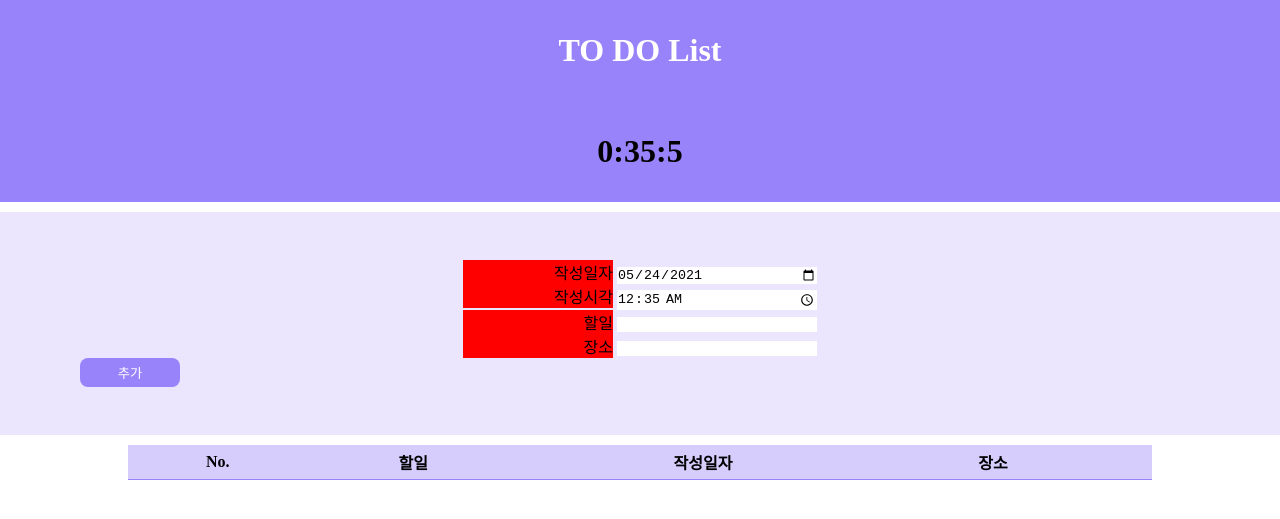
Repository: soyeon-noh/TodoList_Project
Page: http://localhost/Server_PR_TodoList/
These files come from the project's save history. The page is drawn as it stood at one moment and after the next save; the edit follows.
The browser window is 1280 px wide. The pictures show the whole page.
The page is served by Tomcat 9. Other server files are loaded and not shown. Queries for data that is not in the repository find no rows.

Above is the page before, as saved 2021-05-25 04:23:21.

### Server_PR_TodoList/src/main/webapp/WEB-INF/views/home.jsp
<%@ page language="java" contentType="text/html; charset=UTF-8"
    pageEncoding="UTF-8"%>
<%@ taglib uri="http://java.sun.com/jsp/jstl/core"
			prefix="c"%>
<c:set value="${pageContext.request.contextPath}"
		var="rootPath"/>
<!DOCTYPE html>
<html>
<head>
<meta charset="UTF-8">
<title>TODOList 메인화면</title>
<link href="${rootPath}/static/css/home.css?ver3" rel="stylesheet"/>

<style>

</style>


</head>
  <body>
  	<%@ include file="/WEB-INF/views/include_nav.jsp" %>
    <form class ="v1" method="POST">
    	<div>
    		<label for="date">작성일자</label>
    		<input name="td_date"
    				type="date" value="${TD.td_date}">
    	</div>

    	<div>
    		<label for="time">작성시각</label>
    		<input name="td_time"
    				type="time" value="${TD.td_time}">
    	</div>

    	<div>
    		<label for="todo">할일</label>
    		<input name="td_todo"
    				type="text" value="${TD.td_todo}">
    	</div>

    	<div>
    		<label for="place">장소</label>
    		<input name="td_place"
    				type="text" value="${TD.td_place}">
    	</div>
   		<button class="btn_insert">추가</button>
    </form>

    <table id="tdlist">
      <tr>
        <th>No.</th>
        <th>할일</th>
        <th>작성일자</th>
        <th>장소</th>
        <th></th>
      </tr>
      <c:forEach items="${TDLIST}" var="TD" varStatus="i">
        <tr>
          <td>${i.count}</td>
          <td>${TD.td_todo}</td>
          <td>${TD.td_date}</td>
          <td>${TD.td_place}</td>
          <td><button class="btn_update" data-seq="${TD.td_seq}" type="button">
          		수정</button>
          		<button class="btn_delete" data-seq="${TD.td_seq}" type="button">
          		삭제</button></td>
        </tr>
      </c:forEach>
    </table>
  </body>

  <script>
  // html 코드가 다 화면에 뜨고 나서 실행하라는 명렁
  // 아래 한 줄의 코드가 있어야 어디든디 script를 넣을 수 있다.
	document.addEventListener("DOMContentLoaded",function(){
		document.querySelector("table#tdlist")
		.addEventListener("click", function(ev){
			let className = ev.target.className

			if(className == "btn_delete"){

				let seq = ev.target.dataset.seq
				alert(seq + " 삭제가 완료되었습니다.");

				document
				.location
				.replace( "${rootPath}" +
						"/UD/delete?td_seq="
						+ seq )

			} else if(className == "btn_update"){

				let seq = ev.target.dataset.seq;

				document
				.location
				.href= "${rootPath}" +
						"/UD/update?td_seq="
						+ seq
			}

		})
	})
  </script>

</html>

### Server_PR_TodoList/src/main/webapp/WEB-INF/views/include_nav.jsp
<%@ page language="java" contentType="text/html; charset=UTF-8"
    pageEncoding="UTF-8"%>

<style>
	* {
		margin: 0;
		padding: 0;
		box-sizing: border-box;
	}

    h1.clock {
        color: black;
        text-align: center;
        background-color: rgba(153, 131, 250, 20);
        padding: 2rem;
    }

</style>
<h1>TO DO List</h1>
<h2 class="date"></h2>
<h1 class="clock"></h1>
<script>
	let date = document.querySelector(".date");

    function getDate(){
        const time = new Date();
        const year = time.getUTCFullYear();
        const month = time.getUTCMonth();
        const day = time.getUTCDay();
        date.textContent = year + "-" + month + "-" + day;
    }



	let clock = document.querySelector(".clock");

	function getTime() {
		  const time = new Date();
		  const hour = time.getHours();
		  const minutes = time.getMinutes();
		  const seconds = time.getSeconds();
		  clock.textContent = hour + ":" + minutes + ":" + seconds;


	}

	function init() {
	  setInterval(getTime, 1000);
	}

	init();
</script>

### Server_PR_TodoList/src/main/java/com/callor/todo/controller/HomeController.java
package com.callor.todo.controller;

import java.io.IOException;
import java.text.SimpleDateFormat;
import java.util.Date;
import java.util.List;

import javax.servlet.ServletException;
import javax.servlet.annotation.WebServlet;
import javax.servlet.http.HttpServlet;
import javax.servlet.http.HttpServletRequest;
import javax.servlet.http.HttpServletResponse;

import com.callor.todo.model.TodoListVO;
import com.callor.todo.service.TodoService;
import com.callor.todo.service.impl.TodoServiceImplV1;

@WebServlet("/")
public class HomeController extends HttpServlet{

	protected TodoService tdService;
	public HomeController() {
		tdService = new TodoServiceImplV1();
	}
	@Override
	protected void doGet(HttpServletRequest req, HttpServletResponse resp) throws ServletException, IOException {
		// TODO selectAll()
		List<TodoListVO> tdList = tdService.selectAll();
		req.setAttribute("TDLIST", tdList);

		// TODO insert()
		TodoListVO tdVO = new TodoListVO();

		// SimpleDateFormat : 날짜 및 시간을 형식화하고 구문 분석하는 메소드 제공
		SimpleDateFormat sd = new SimpleDateFormat("yyyy-MM-dd");
		SimpleDateFormat st = new SimpleDateFormat("HH:mm:ss");

		// 현재시간을 저장
		Date date = new Date(System.currentTimeMillis());

		// 현재 시간을 변환해 VO에 넣어준다
		tdVO.setTd_seq(0L);
		tdVO.setTd_date(sd.format(date));
		tdVO.setTd_time(st.format(date));

		req.setAttribute("TD", tdVO);

		// home.jsp 화면을 보여줘라
		RequestController.reqController(req, resp, "home");
	}
	@Override
	protected void doPost(HttpServletRequest req, HttpServletResponse resp) throws ServletException, IOException {
		// TODO insert()

		// 한글 인코딩 세팅
		req.setCharacterEncoding("UTF-8");

		// user가 입력한 data 확인
		String td_date = req.getParameter("td_date");
		String td_time = req.getParameter("td_time");
		String td_todo = req.getParameter("td_todo");
		String td_place = req.getParameter("td_place");

		TodoListVO tdVO = new TodoListVO();
		tdVO.setTd_date(td_date);
		tdVO.setTd_time(td_time);
		tdVO.setTd_todo(td_todo);
		tdVO.setTd_place(td_place);

		tdService.insert(tdVO);

		System.out.println("insert : " + tdVO);

		resp.sendRedirect("/todo");
	}

}

### Server_PR_TodoList/src/main/java/com/callor/todo/service/impl/TodoServiceImplV1.java
package com.callor.todo.service.impl;

import java.sql.Connection;
import java.sql.PreparedStatement;
import java.sql.ResultSet;
import java.sql.SQLException;
import java.util.ArrayList;
import java.util.List;

import com.callor.todo.config.DbInfo;
import com.callor.todo.config.MySQLConnection;
import com.callor.todo.model.TodoListVO;
import com.callor.todo.service.TodoService;

public class TodoServiceImplV1 implements TodoService{

	// 먼저 db와 연결
	protected Connection dbConn;

	public TodoServiceImplV1() {
		dbConn = MySQLConnection.getDBConnection();
	}


	protected List<TodoListVO> select(PreparedStatement pStr) throws SQLException{
		// TODO DB로부터 데이터를 받아와 List에 저장
		List<TodoListVO> tdList = new ArrayList<TodoListVO>();

		ResultSet rSet = pStr.executeQuery();
		while(rSet.next()) {
			TodoListVO tdVO = new TodoListVO();
			tdVO.setTd_seq(rSet.getLong(DbInfo.td_seq));
			tdVO.setTd_date(rSet.getString(DbInfo.td_date));
			tdVO.setTd_time(rSet.getString(DbInfo.td_time));
			tdVO.setTd_todo(rSet.getString(DbInfo.td_todo));
			tdVO.setTd_place(rSet.getString(DbInfo.td_place));
			tdList.add(tdVO);
		}

		// 데이터 확인
		System.out.println("select : " + tdList.toString());
		return tdList;
	}

	@Override
	public List<TodoListVO> selectAll() {
		// TODO List 전체 데이터 조회

		String sql = " SELECT * FROM tbl_todo_list ";
		sql += " ORDER BY td_date DESC, td_time DESC ";

		PreparedStatement pStr = null;

		try {
			pStr = dbConn.prepareStatement(sql);
			List<TodoListVO> tdList = this.select(pStr);
			pStr.close();

			System.out.println("selectAll : " + tdList.toString());
			return tdList;
		} catch (SQLException e) {
			// TODO Auto-generated catch block
			e.printStackTrace();
		}
		return null;
	}

	@Override
	public TodoListVO findById(Long seq) {
		// TODO 일련번호로 조회
		String sql = " SELECT * FROM tbl_todo_list ";
		sql += " WHERE td_seq = ? ";

		PreparedStatement pStr = null;

		try {
			pStr = dbConn.prepareStatement(sql);
			pStr.setLong(1, seq);

			List<TodoListVO> tdList = this.select(pStr);

			pStr.close();

			if(tdList != null && tdList.size() > 0) {
				return tdList.get(0);
			}


		} catch (SQLException e) {
			// TODO Auto-generated catch block
			e.printStackTrace();
		}
		return null;
	}

	@Override
	public List<TodoListVO> findByDate(String td_date) {
		// TODO 날짜로 조회
		String sql = " SELECT * FROM tbl_todo_list ";
		sql += " WHERE td_date = ? ";

		PreparedStatement pStr = null;

		try {
			pStr = dbConn.prepareStatement(sql);
			pStr.setString(1, td_date);

			List<TodoListVO> tdList = this.select(pStr);

			pStr.close();
			return tdList;

		} catch (SQLException e) {
			// TODO Auto-generated catch block
			e.printStackTrace();
		}
		return null;
	}

	@Override
	public List<TodoListVO> findByTodo(String td_todo) {
		// TODO 할일내용으로 조회
		return null;
	}

	@Override
	public List<TodoListVO> findByPlace(String td_place) {
		// TODO 장소로 조회
		return null;
	}

	@Override
	public Integer insert(TodoListVO tdVO) {
		// TODO 데이터 추가

		String sql = " INSERT INTO tbl_todo_list ";
		sql += " ( ";
		sql += " td_date, ";
		sql += " td_time, ";
		sql += " td_todo, ";
		sql += " td_place) ";
		sql += " VALUES( ?,?,?,? ) ";


		// SQL 구문을 실행시키는 객체
		PreparedStatement pStr = null;

		try {
			pStr = dbConn.prepareStatement(sql);
			pStr.setString(1, tdVO.getTd_date());
			pStr.setString(2, tdVO.getTd_time());
			pStr.setString(3, tdVO.getTd_todo());
			pStr.setString(4, tdVO.getTd_place());

			return pStr.executeUpdate();

		} catch (SQLException e) {
			// TODO Auto-generated catch block
			e.printStackTrace();
		}
		return null;
	}


	@Override
	public Integer update(TodoListVO tdVO) {
		// TODO 데이터 업데이트
		String sql = " UPDATE tbl_todo_list SET ";
		sql += " td_date = ?, ";
		sql += " td_time = ?, ";
		sql += " td_todo = ?, ";
		sql += " td_place = ? ";

		sql += " WHERE td_seq = ? ";

		PreparedStatement pStr = null;

		try {
			pStr = dbConn.prepareStatement(sql);
			pStr.setString(1, tdVO.getTd_date());
			pStr.setString(2, tdVO.getTd_time());
			pStr.setString(3, tdVO.getTd_todo());
			pStr.setString(4, tdVO.getTd_place());

			pStr.setLong(5, tdVO.getTd_seq());
			return pStr.executeUpdate();

		} catch (SQLException e) {
			// TODO Auto-generated catch block
			e.printStackTrace();
		}

		return null;
	}

	@Override
	public Integer delete(Long seq) {
		// TODO 데이터 삭제

		String sql = " DELETE FROM tbl_todo_list ";
		sql += "WHERE td_seq = ?";

		PreparedStatement pStr = null;

		try {
			pStr = dbConn.prepareStatement(sql);
			pStr.setLong(1, seq);
			return pStr.executeUpdate();

		} catch (SQLException e) {
			// TODO Auto-generated catch block
			e.printStackTrace();
		}
		return null;
	}
}

### Server_PR_TodoList/src/main/java/com/callor/todo/config/MySQLConnection.java
package com.callor.todo.config;

import java.sql.Connection;
import java.sql.DriverManager;
import java.sql.SQLException;

public class MySQLConnection {

	private static Connection dbConn;

	static {

		String jdbcDriver = "com.mysql.cj.jdbc.Driver";
		String url = "jdbc:mysql://localhost:3306/todolist";
		String username = "tdUser";
		String password = "12345";

		try {
			Class.forName(jdbcDriver);
			if(dbConn == null) {
				dbConn = DriverManager.getConnection(url, username, password);
			}
			System.out.println("MySQL 접속 성공!!");
		} catch (ClassNotFoundException e) {
			System.out.println("MySQL Driver 를 찾을 수 없음");
		} catch (SQLException e) {
			System.out.println("MySQL DBMS 연결 실패");
		}
	}

	public static Connection getDBConnection() {
		return dbConn;
	}

}

### Server_PR_TodoList/src/main/java/com/callor/todo/model/TodoListVO.java
package com.callor.todo.model;

import lombok.AllArgsConstructor;
import lombok.Getter;
import lombok.NoArgsConstructor;
import lombok.Setter;
import lombok.ToString;

@Getter
@Setter
@ToString
@NoArgsConstructor
@AllArgsConstructor
public class TodoListVO {

	private Long td_seq;	//BIGINT
    private String td_date;	//VARCHAR(20)
    private String td_time;	//VARCHAR(20)
	private String td_todo;	//VARCHAR(200)
    private String td_place;	//VARCHAR(125)
}

### Server_PR_TodoList/src/main/java/com/callor/todo/controller/RequestController.java
package com.callor.todo.controller;

import java.io.IOException;

import javax.servlet.ServletException;
import javax.servlet.http.HttpServlet;
import javax.servlet.http.HttpServletRequest;
import javax.servlet.http.HttpServletResponse;

public class RequestController extends HttpServlet{

	public static void reqController (HttpServletRequest req,
			HttpServletResponse resp, String file) throws ServletException, IOException {

		String root = "/WEB-INF/views/" + file + ".jsp";

		req.getRequestDispatcher(root)
		.forward(req, resp);


	}

}

### Server_PR_TodoList/src/main/webapp/static/css/home.css
@charset "UTF-8";

/* 여백 초기화 */
* {
	margin: 0;
	padding: 0;
	box-sizing: border-box;
}

h1 {
	color: white;
	text-align: center;
	background-color: rgba(153,131,250,1);
	padding: 2rem;

}

form.v1 {
	background-color: rgba(153,131,250,0.2);
	padding: 3rem 5rem 3rem 5rem;
	margin: 10px auto;
}

form.v1 div {
	text-align: center;
}

form.v1 div label{
	display: inline-block;

	width: 150px;
	text-align: right;
	background-color: red;
}

form.v1 input{
	width: 200px;
	border: 1px;

}

form.v1 button{
		outline: 0;
		border: 0;
		width: 100px;
		color: white;
		padding: 5px;
		background-color: rgba(153,131,250,1);
		border-radius: 8px;
}

table {
	border-collapse: collapse;
	width: 80%;
	margin: 10px auto;
}

td, th {
	border-bottom: 1px solid #9882FA;
	padding: 5px;
	text-align: center;
}

th {
	background-color: rgba(153,131,250,0.4);
}

After the next save:
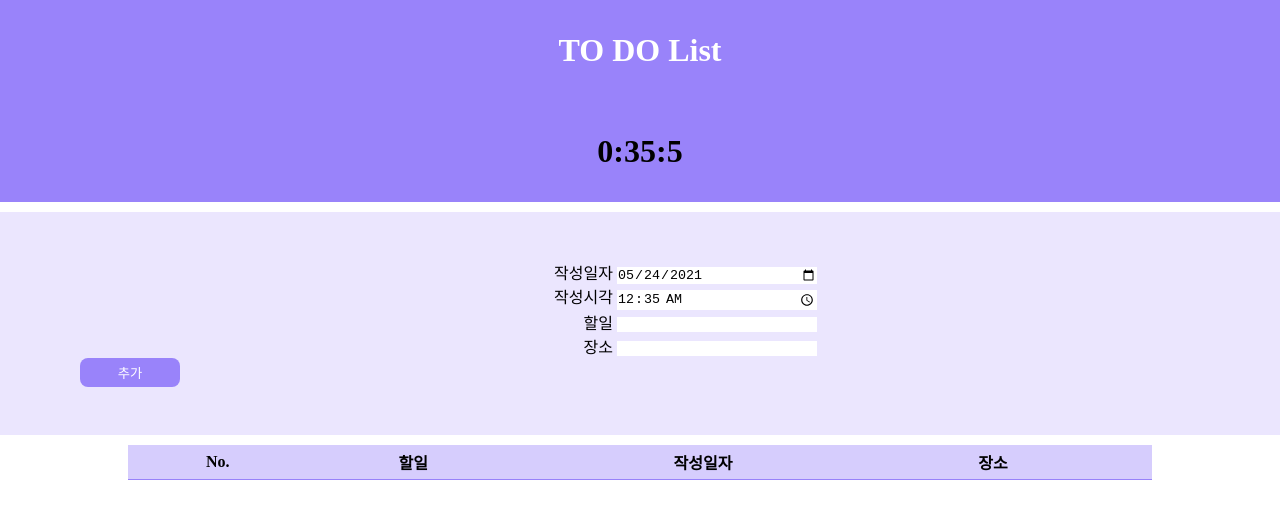
Saved 13 s later.
--- a/Server_PR_TodoList/src/main/webapp/static/css/home.css
+++ b/Server_PR_TodoList/src/main/webapp/static/css/home.css
@@ -30,7 +30,6 @@ form.v1 div label{
 
 	width: 150px;
 	text-align: right;
-	background-color: red;
 }
 
 form.v1 input{
